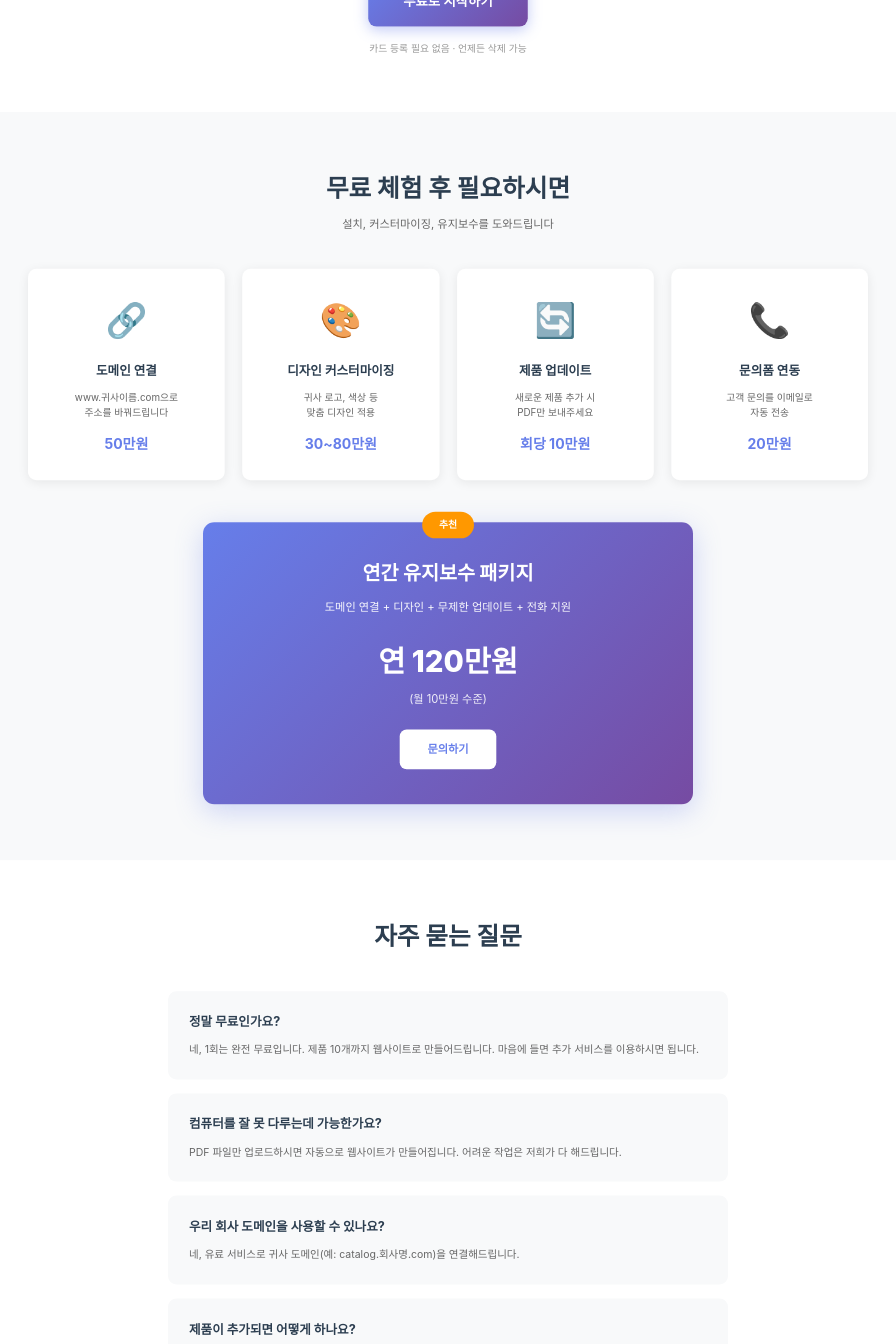
Repository: ororso11/catamaster
Page: frontend/public/index.html
The author's editor kept a copy of each file at every save. The page is drawn from the files as they stood at one save, then again after a run of saves.
The browser window is 1280 px wide. The pictures show the part of the page from y = 1500 to 3420 px (the page is 4336 px tall before and 3266 px after), at 70% of full size.

Above is the page before, as saved 2025-10-05 19:05:46.

After the next 2 saves:
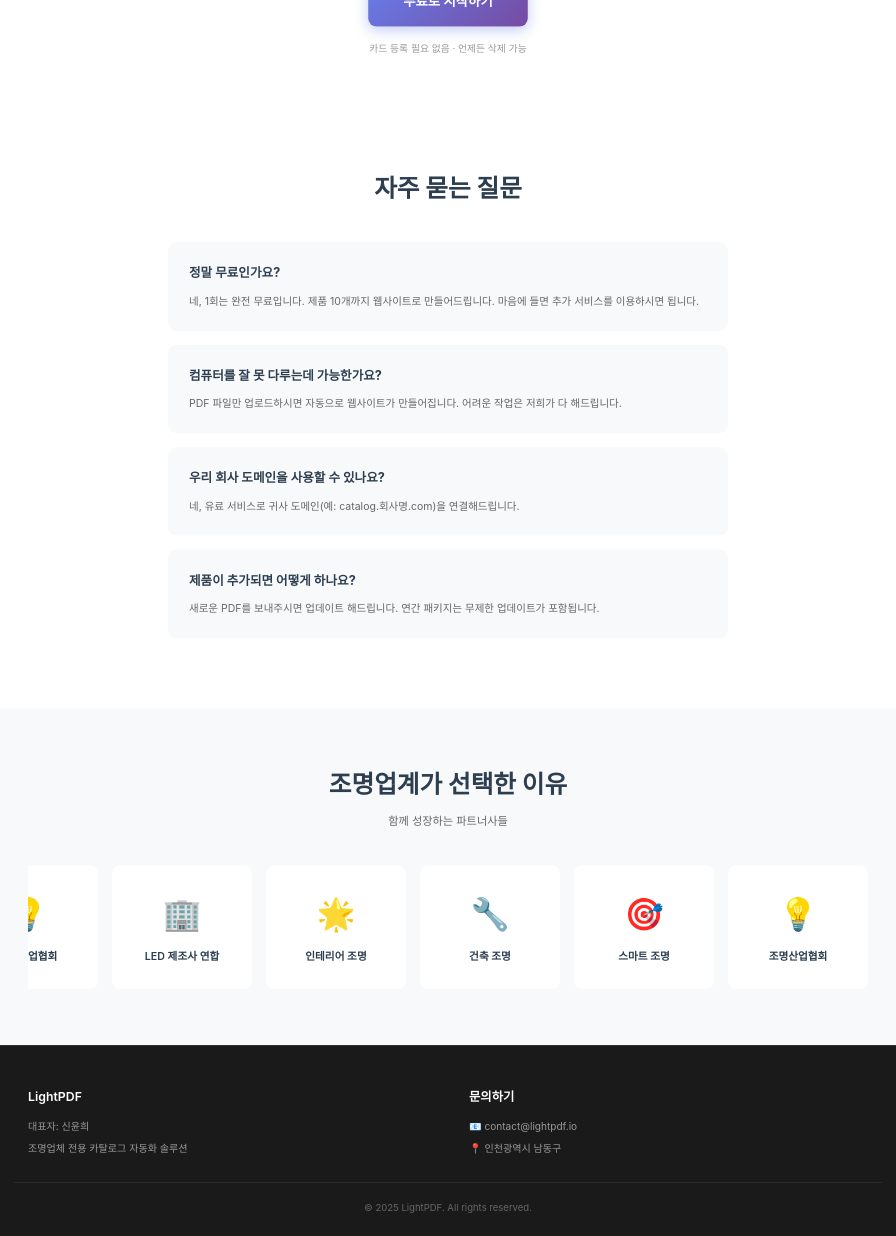
The 2 saves are shown as one change because they came seconds apart.
The last was saved 30 s later.
--- a/frontend/public/index.html
+++ b/frontend/public/index.html
@@ -131,57 +131,6 @@
         </div>
     </section>
 
-    <!-- 유료 서비스 안내 -->
-    <section class="paid-services">
-        <div class="services-container">
-            <h2 class="section-title">무료 체험 후 필요하시면</h2>
-            <p class="section-subtitle">설치, 커스터마이징, 유지보수를 도와드립니다</p>
-
-            <div class="services-grid">
-                <div class="service-card">
-                    <div class="service-icon">🔗</div>
-                    <h3>도메인 연결</h3>
-                    <p>www.귀사이름.com으로<br>주소를 바꿔드립니다</p>
-                    <div class="service-price">50만원</div>
-                </div>
-
-                <div class="service-card">
-                    <div class="service-icon">🎨</div>
-                    <h3>디자인 커스터마이징</h3>
-                    <p>귀사 로고, 색상 등<br>맞춤 디자인 적용</p>
-                    <div class="service-price">30~80만원</div>
-                </div>
-
-                <div class="service-card">
-                    <div class="service-icon">🔄</div>
-                    <h3>제품 업데이트</h3>
-                    <p>새로운 제품 추가 시<br>PDF만 보내주세요</p>
-                    <div class="service-price">회당 10만원</div>
-                </div>
-
-                <div class="service-card">
-                    <div class="service-icon">📞</div>
-                    <h3>문의폼 연동</h3>
-                    <p>고객 문의를 이메일로<br>자동 전송</p>
-                    <div class="service-price">20만원</div>
-                </div>
-            </div>
-
-            <div class="package-offer">
-                <div class="package-card">
-                    <div class="package-badge">추천</div>
-                    <h3>연간 유지보수 패키지</h3>
-                    <p>도메인 연결 + 디자인 + 무제한 업데이트 + 전화 지원</p>
-                    <div class="package-price">
-                        <span class="price-main">연 120만원</span>
-                        <span class="price-sub">(월 10만원 수준)</span>
-                    </div>
-                    <a href="#" class="package-btn">문의하기</a>
-                </div>
-            </div>
-        </div>
-    </section>
-
     <!-- FAQ -->
     <section class="faq">
         <div class="faq-container">
